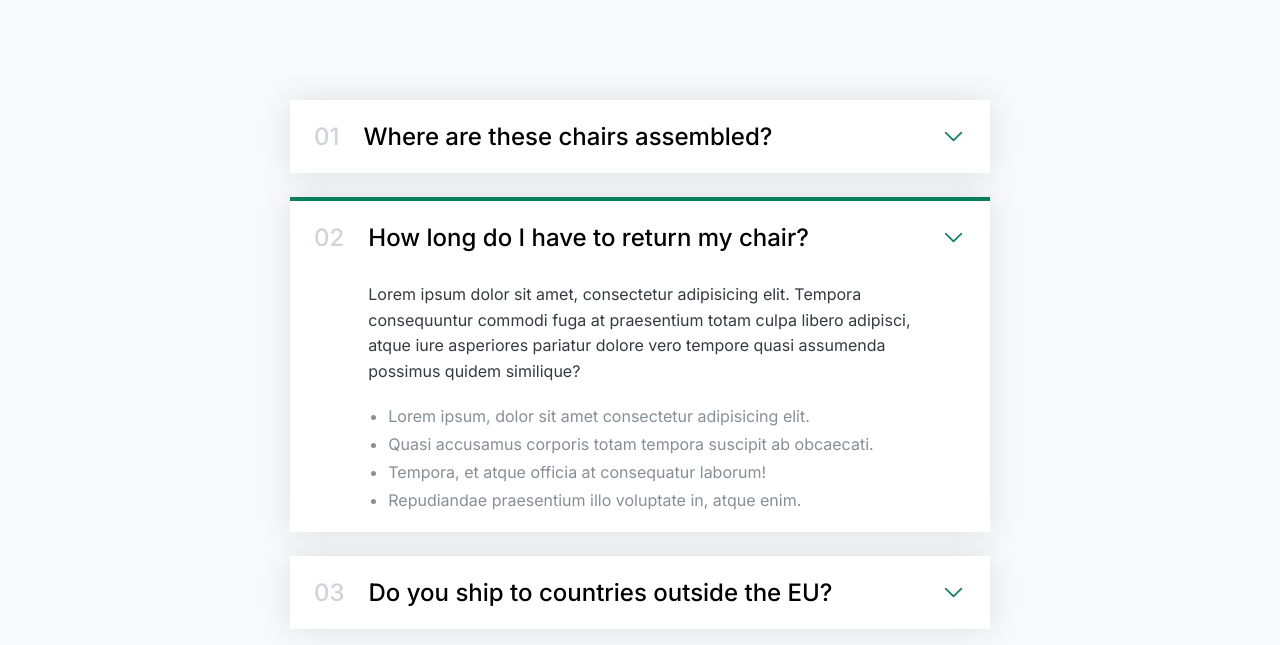
Repository: Ahmed123rezk123/06-Components
Page: accordion.html
The author's editor kept a copy of each file at every save. The page is drawn from the files as they stood at one save, then again after the next save.
The browser window is 1280 px wide. The pictures show the whole page.

Above is the page before, as saved 2024-09-16 03:22:28.

After the next save:
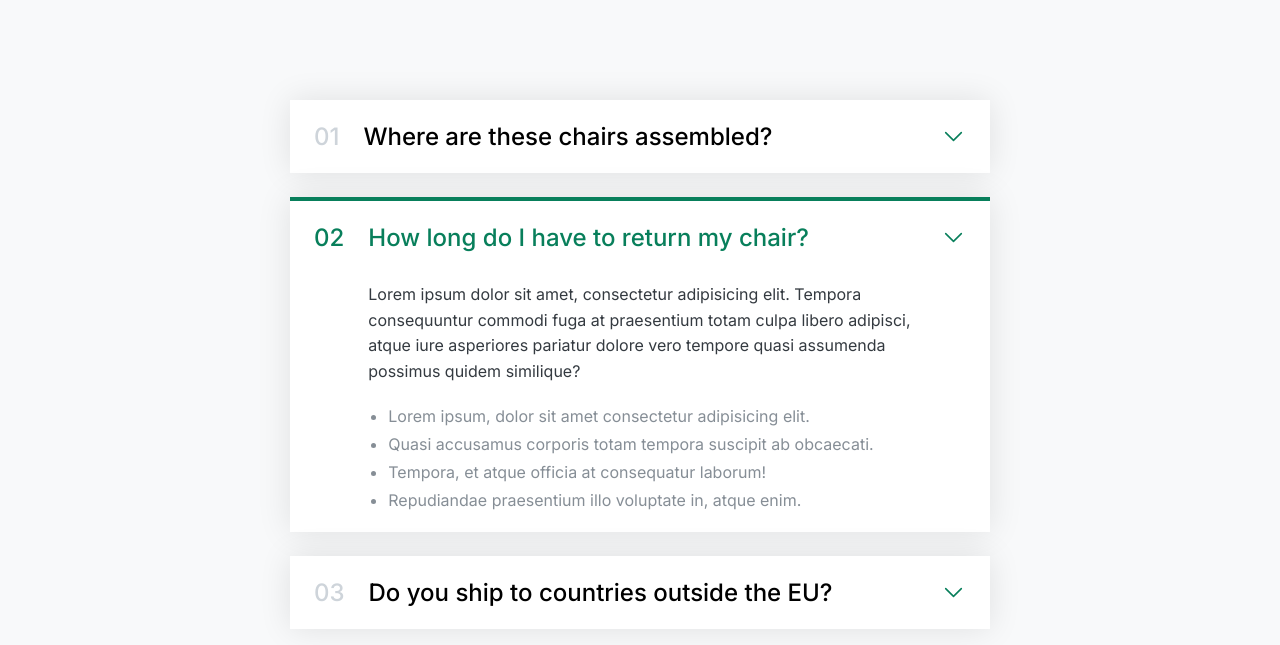
Saved 66 s later.
--- a/accordion.css
+++ b/accordion.css
@@ -34,6 +34,10 @@ body {
 .open {
   border-top: 4px solid #087f5b;
 }
+.open .number,
+.open .text {
+  color: #087f5b;
+}
 
 .number,
 .text {
